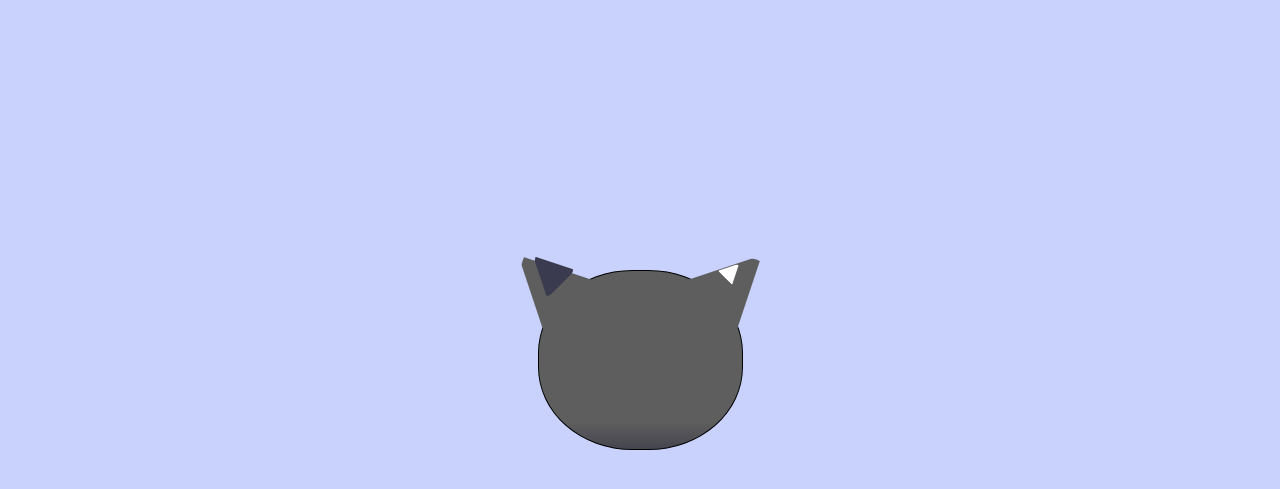
Repository: Lungdjos/cat_painting
Page: index.html
The author's editor kept a copy of each file at every save. The page is drawn from the files as they stood at one save, then again after the next save.
The browser window is 1280 px wide. The pictures show the whole page.

Above is the page before, as saved 2023-11-08 16:53:36.

### index.html
<!DOCTYPE html>
<html lang="en">

<head>
    <meta charset="UTF-8">
    <meta name="viewport" content="width=device-width, initial-scale=1.0">
    <title>fCC Cat Painting</title>
    <link rel="stylesheet" href="./styles.css">
</head>

<body>
    <main>
        <div class="cat-head">
            <div class="cat-ears">
                <div class="cat-right-ear">
                    <div class="cat-right-inner-ear"></div>
                </div>
                <div class="cat-left-ear">
                    <div class="cat-left-inner-ear"></div>
                </div>
            </div>
        </div>
        <!-- <div class="box"></div> -->
    </main>

</body>

</html>

### styles.css
* {
    box-sizing: border-box;
}

body {
    background-color: #c9d2fc;
}

.cat-head {
    position: absolute;
    right: 0;
    left: 0;
    top: 0;
    bottom: 0;
    margin: auto;
    background: linear-gradient(#5e5e5e 85%, #45454f 100%);
    width: 205px;
    height: 180px;
    border: 1px solid #000;
    border-radius: 46%;
}

.cat-left-ear {
    position: absolute;
    top: -26px;
    left: -31px;
    z-index: 1;
    border-top-left-radius: 90px;
    border-top-right-radius: 10px;
    transform: rotate(-45deg);
    border-left: 35px solid transparent;
    border-right: 35px solid transparent;
    border-bottom: 70px solid #5e5e5e;
}

.cat-right-ear {
    position: absolute;
    top: -26px;
    left: 163px;
    transform: rotate(45deg);
    border-top-left-radius: 90px;
    border-top-right-radius: 10px;
    border-left: 35px solid transparent;
    border-right: 35px solid transparent;
    border-bottom: 70px solid #5e5e5e;
    z-index: 1;
}

.cat-left-inner-ear {
    border-left: 20px solid transparent;
    border-right: 20px solid transparent;
    border-bottom: 40px solid #3b3b4f;
    position: absolute;
    top: 22px;
    left: -20px;
    border-top-right-radius: 10px;
    border-top-left-radius: 90px;
    border-bottom-left-radius: 40%;
    border-bottom-right-radius: 40%;
}

.cat-right-inner-ear {
    border-left: 20px solid transparent;
    border-right: 20px solid transparent;
    border-bottom: 40px solid #3b3b4f;
    position: absolute;
    top: 22px;
    left: -20px;
    border-top-right-radius: 10px;
    border-top-left-radius: 90px;
    border-bottom-left-radius: 40%;
    border-bottom-right-radius: 40%;
}

.cat-left-inner-ear {
    border-left: 20px solid transparent;
    border-right: 20px solid transparent;
    border-bottom: 40px solid #3b3b4f;
    position: absolute;
    top: 11px;
    left: -10px;
    border-top-right-radius: 10px;
    border-top-left-radius: 90px;
    border-bottom-left-radius: 40%;
    border-bottom-right-radius: 40%;
}

.cat-right-inner-ear {
    border-left: 10px solid transparent;
    border-right: 10px solid transparent;
    border-bottom: 20px solid #fff;
    position: absolute;
    top: 22px;
    left: -20px;
    border-top-right-radius: 10px;
    border-top-left-radius: 90px;
    border-bottom-left-radius: 40%;
    border-bottom-right-radius: 40%;
}

After the next save:
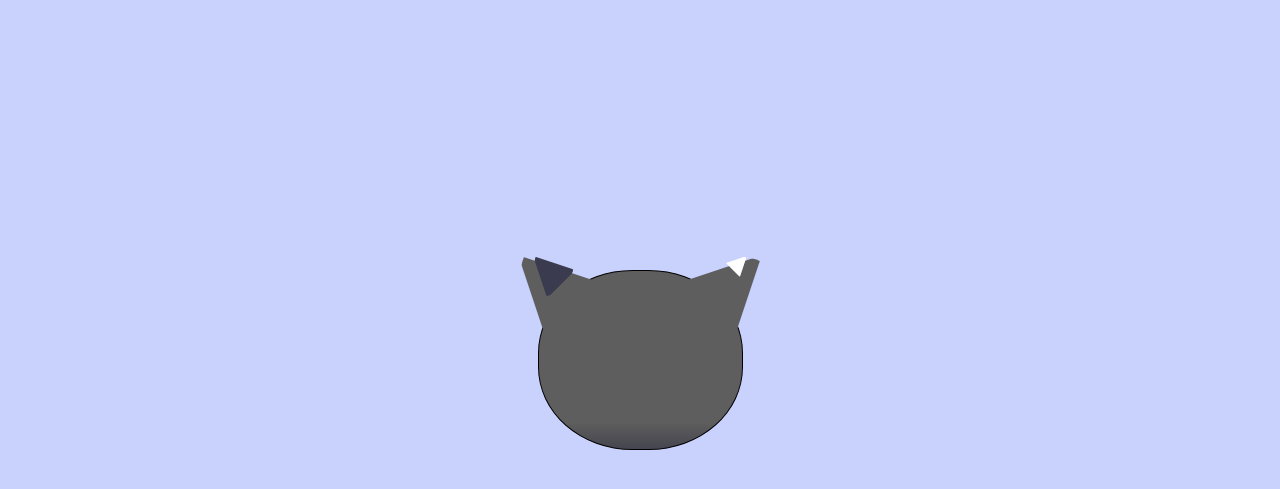
Saved 101 s later.
--- a/styles.css
+++ b/styles.css
@@ -90,7 +90,7 @@ body {
     border-right: 10px solid transparent;
     border-bottom: 20px solid #fff;
     position: absolute;
-    top: 22px;
+    top: 11px;
     left: -20px;
     border-top-right-radius: 10px;
     border-top-left-radius: 90px;
